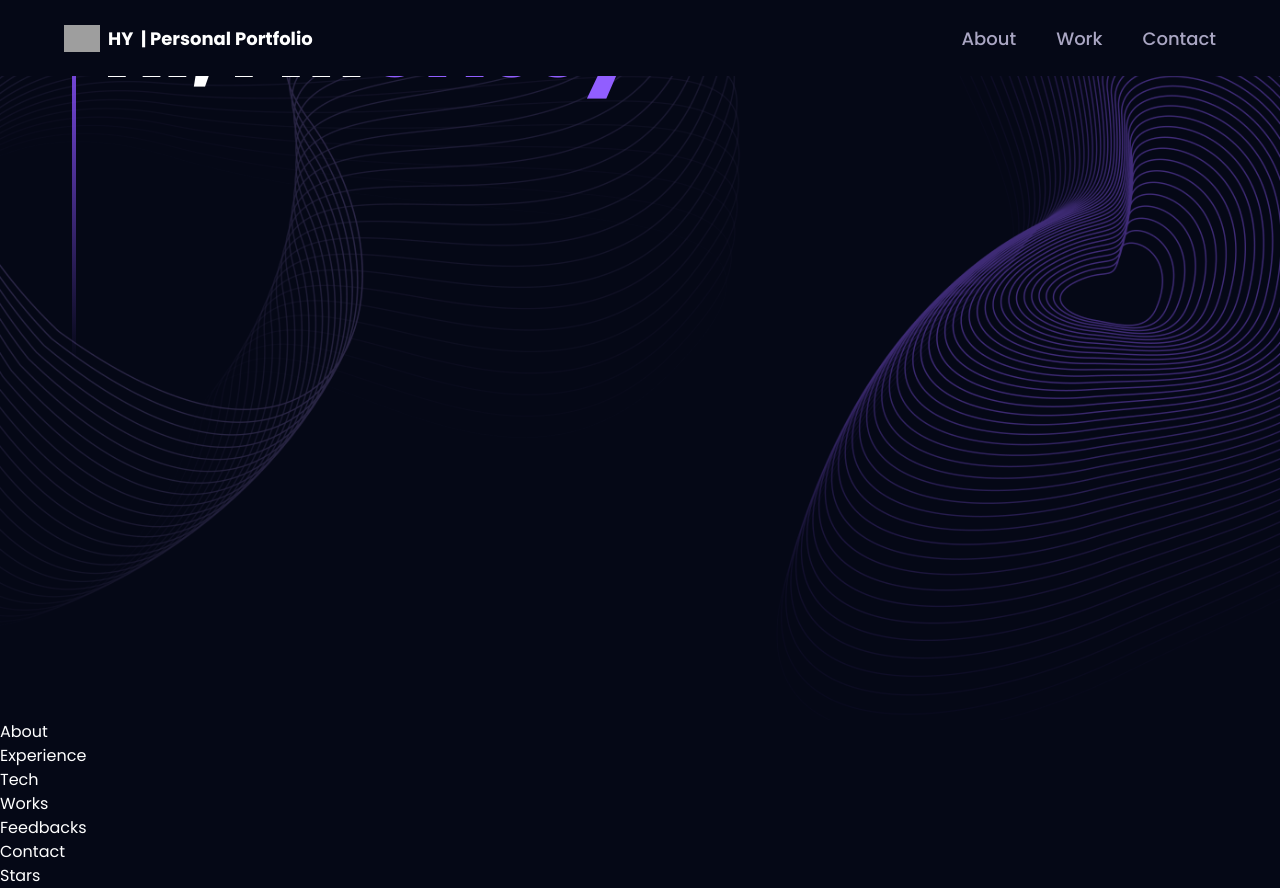
Repository: huiyyee/3d_portfolio
Page: /
The author's editor kept a copy of each file at every save. The page is drawn from the files as they stood at one save, then again after a run of saves.
The browser window is 1280 px wide. The pictures show the whole page.
Pictures or frames that could not be fetched are drawn as grey boxes. The project was rebuilt for these pictures with package versions that can differ from the ones it lists, and the page was loaded fresh each time. Also part of the build but not shown: vite.config.js, src/components/canvas/Earth.jsx, src/components/canvas/Ball.jsx, src/components/canvas/Computers.jsx.

Above is the page before, as saved 2024-10-10 23:24:27.

After the next 2 saves:
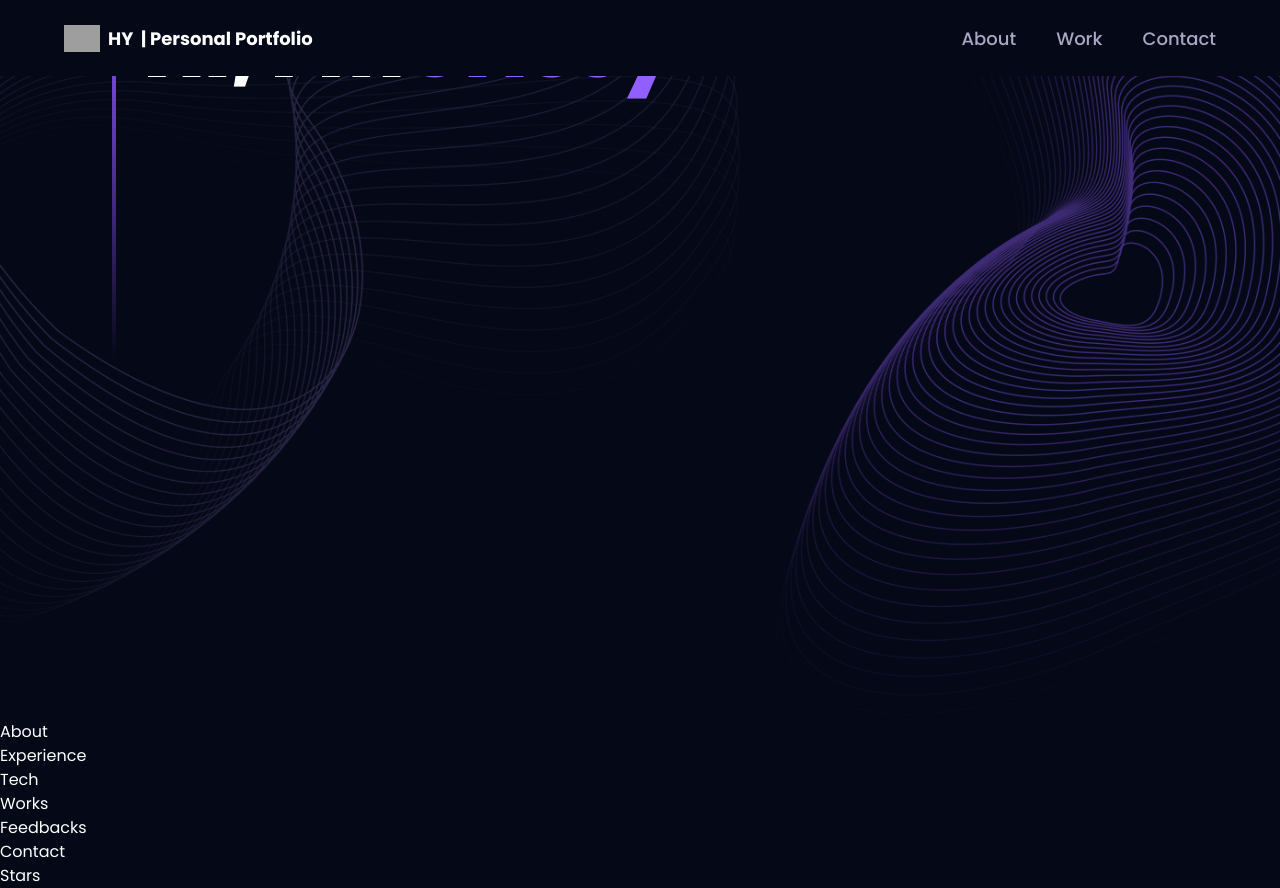
The 2 saves are shown as one change because they came seconds apart.
The last was saved 8 s later.
--- a/src/components/Hero.jsx
+++ b/src/components/Hero.jsx
@@ -6,7 +6,7 @@ const Hero = () => {
   return (
     <section className='relative w-full h-screen mx-auto'>
       <div className={`${styles.paddingX}absolute
-      inset-0 top-[120px] max-w-7xl mx-auto flex flex-row items-start gap-5`}>
+      inset-0 top-[120px] max-w-7xl mx-10 flex flex-row items-start gap-5`}>
         <div className="flex flex-col
         justify-center items-center mt-5">
           <div className="w-5 h-5 rounded-full bg-[#915eff]"/>
